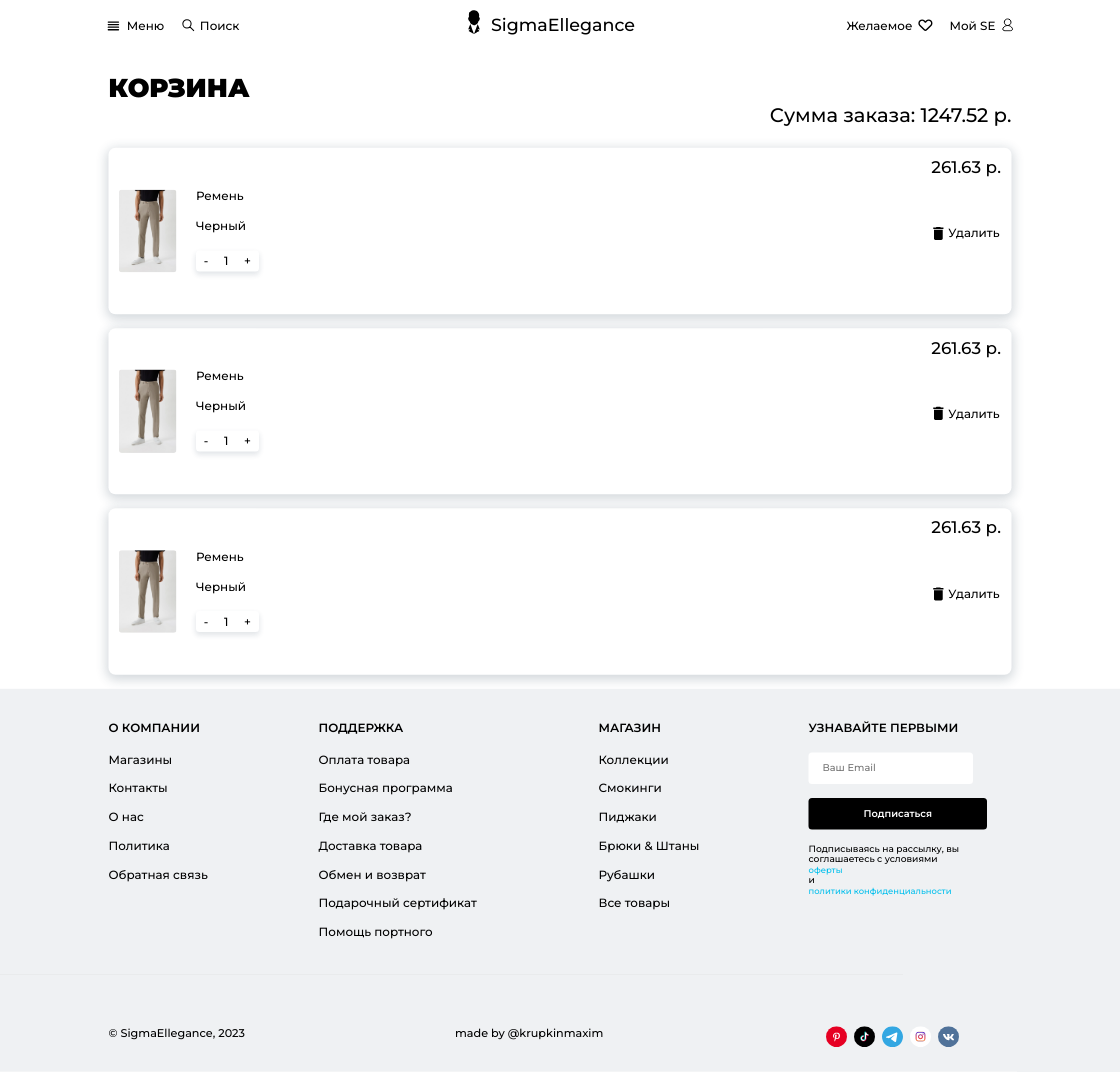
Repository: MaksimKrupkin/SigmaEllegance
Page: /cart
These files come from the project's save history. The page is drawn as it stood at one moment and after the next save; the edit follows.
The browser window is 1280 px wide. The page is 1600 px wide, so the pictures cover 1600 px, including what lies to the right of the window. The pictures show the whole page, at 70% of full size.
Some web fonts or font styles are not loaded; a fallback is used. The project was rebuilt for these pictures with package versions that can differ from the ones it lists, and the page was loaded fresh each time. Also part of the build but not shown: src/Components/SideBar/SideBar.module.css, src/Components/SideBar/SideBar.jsx, src/Pages/HomePage.module.css, src/Components/SliderWrapper/SliderWrapper.module.css, src/Components/SliderCard/SliderCard.module.css, src/Components/SliderCard/SliderCard.jsx, src/Components/LeftArrow/LeftArrow.module.css, src/Components/LeftArrow/LeftArrow.jsx and 31 more.

Above is the page before, as saved 2023-12-19 20:10:47.

After the next save:
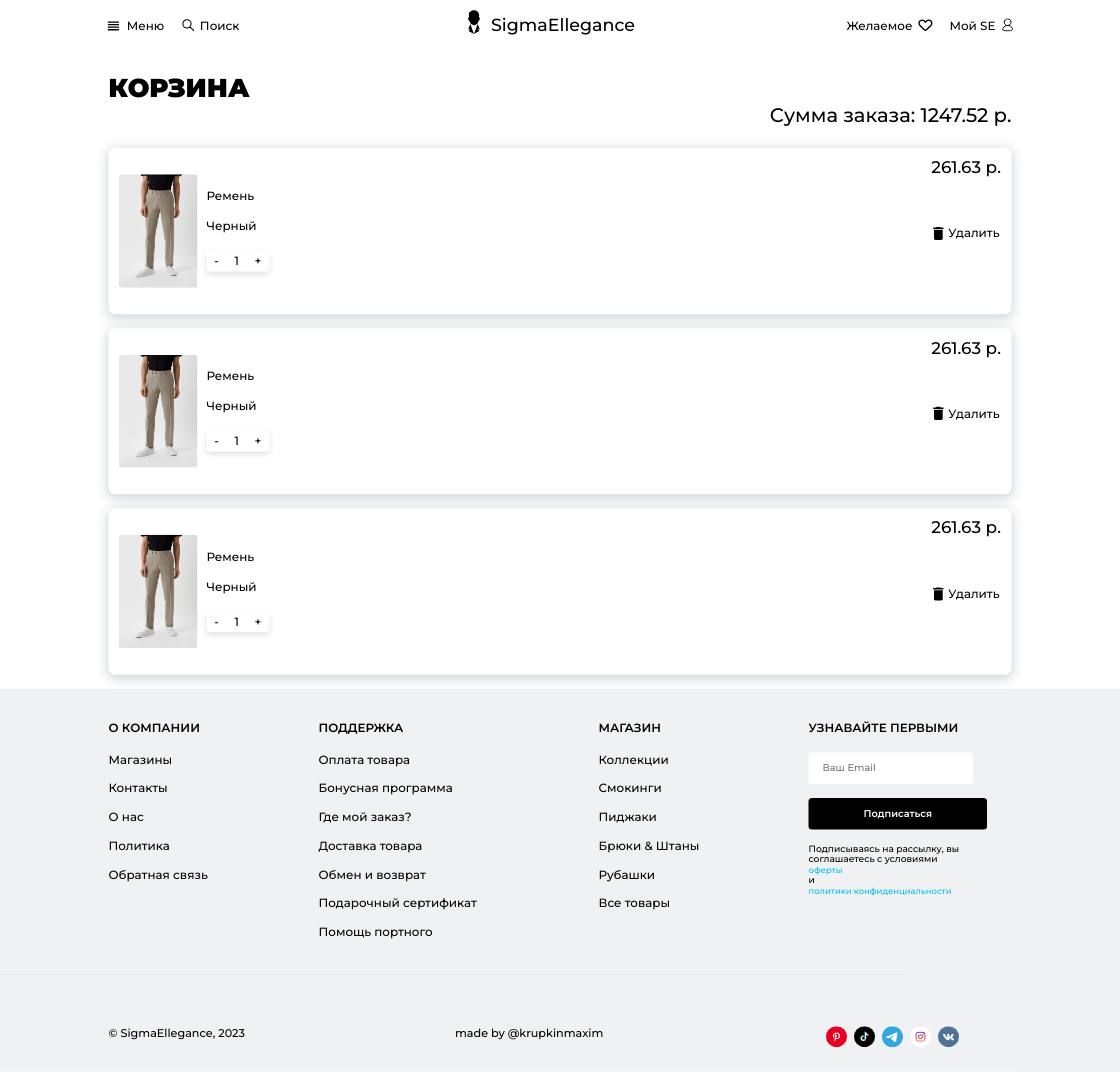
Saved 26 s later.
--- a/src/Pages/Cart/CartGood/CartGood.module.css
+++ b/src/Pages/Cart/CartGood/CartGood.module.css
@@ -14,7 +14,7 @@
 }
 
 .goods_img {
-  width: 82px;
+  width: 112px;
   border-radius: 4px;
 }
 .goods_data {
